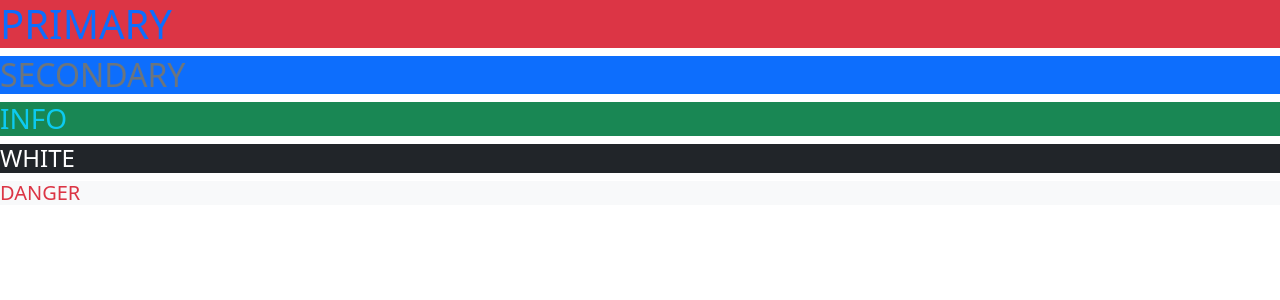
Repository: arindamslt/JEECoding
Page: JEE_FRONTEND/src/main/webapp/02BootstrapHeading.html
These files come from the project's save history. The page is drawn as it stood at one moment and after the next save; the edit follows.
The browser window is 1280 px wide. The pictures show the whole page.

Above is the page before, as saved 2025-07-17 04:40:10.

### JEE_FRONTEND/src/main/webapp/02BootstrapHeading.html
<!DOCTYPE html>
<html>
<head>
<meta charset="ISO-8859-1">
<title>BOOTSTRAP HEADING</title>
 <link href="https://cdn.jsdelivr.net/npm/bootstrap@5.3.3/dist/css/bootstrap.min.css" rel="stylesheet" integrity="sha384-QWTKZyjpPEjISv5WaRU9OFeRpok6YctnYmDr5pNlyT2bRjXh0JMhjY6hW+ALEwIH" crossorigin="anonymous">
</head>
<body>
<h1 class="text-primary bg-danger">PRIMARY</h1>
<h2 class="text-secondary bg-primary">SECONDARY</h2>
<h3 class="text-info bg-success">INFO</h3>
<h4 class="text-white bg-dark">WHITE</h4>
<h5 class="text-danger bg-light">DANGER</h5>
</body>
</html>

After the next save:
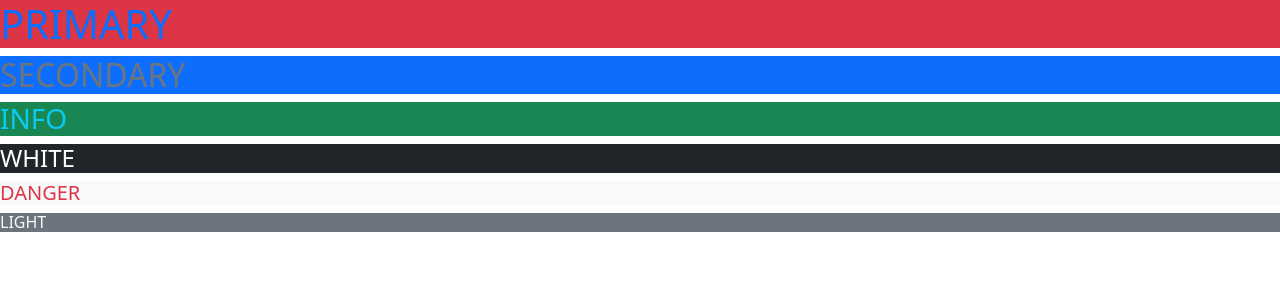
Saved 58 s later.
--- a/JEE_FRONTEND/src/main/webapp/02BootstrapHeading.html
+++ b/JEE_FRONTEND/src/main/webapp/02BootstrapHeading.html
@@ -11,5 +11,6 @@
 <h3 class="text-info bg-success">INFO</h3>
 <h4 class="text-white bg-dark">WHITE</h4>
 <h5 class="text-danger bg-light">DANGER</h5>
+<h6 class="text-light bg-secondary">LIGHT</h6>
 </body>
 </html>
